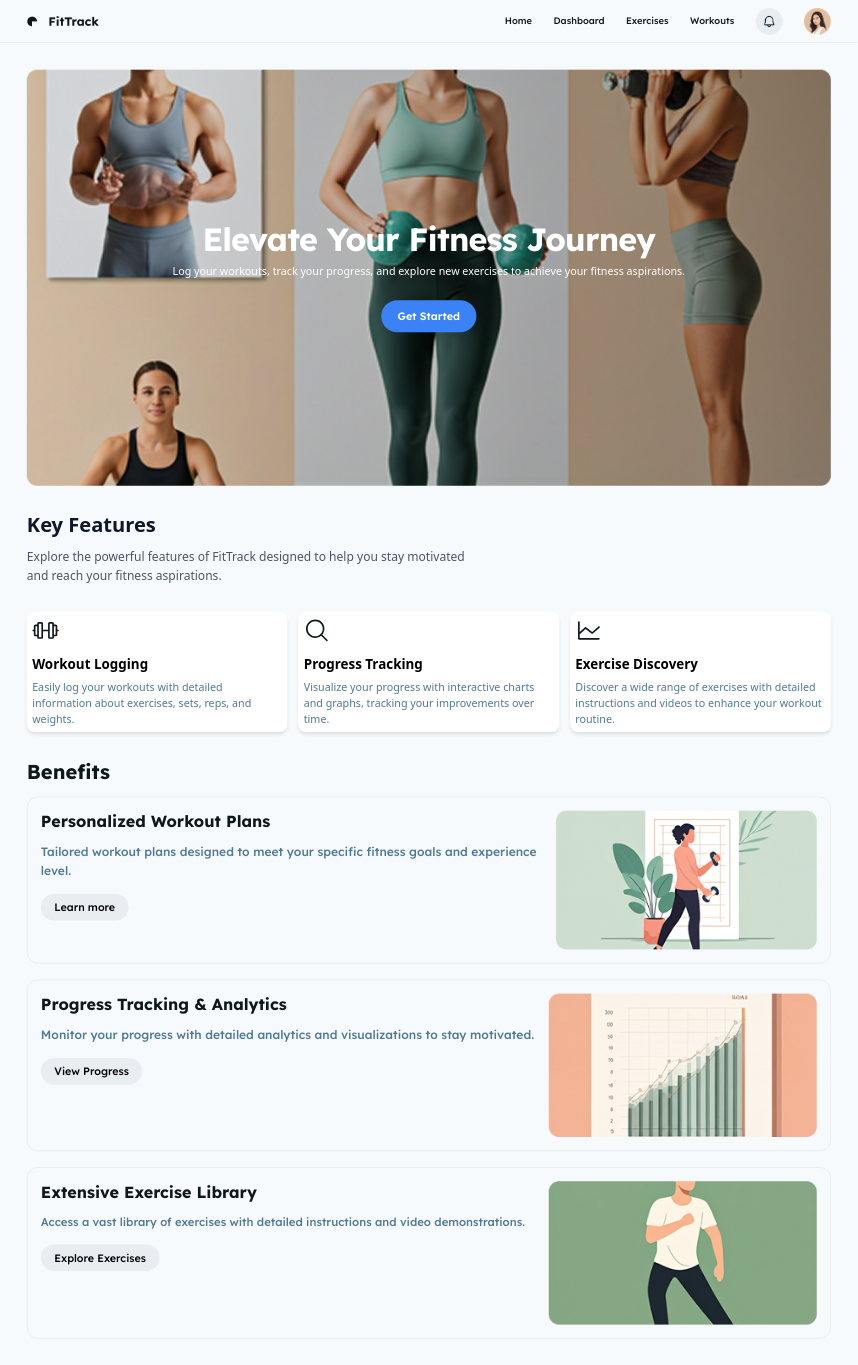
Repository: Emy-gold/fitness-tracking-platform
Page: /
An editor plug-in stored every save of this project. The page is shown before and after the next save, followed by the edit.
The browser window is 1280 px wide. The pictures show the whole page, at 67% of full size.
The project was rebuilt for these pictures with package versions that can differ from the ones it lists, and the page was loaded fresh each time. Also part of the build but not shown: vite.config.js, src/Pages/Dashboard.jsx, src/Pages/Exercises.jsx, src/Pages/Workouts.jsx, src/components/Footer.jsx.

Above is the page before, as saved 2025-08-28 00:47:53.

After the next save:
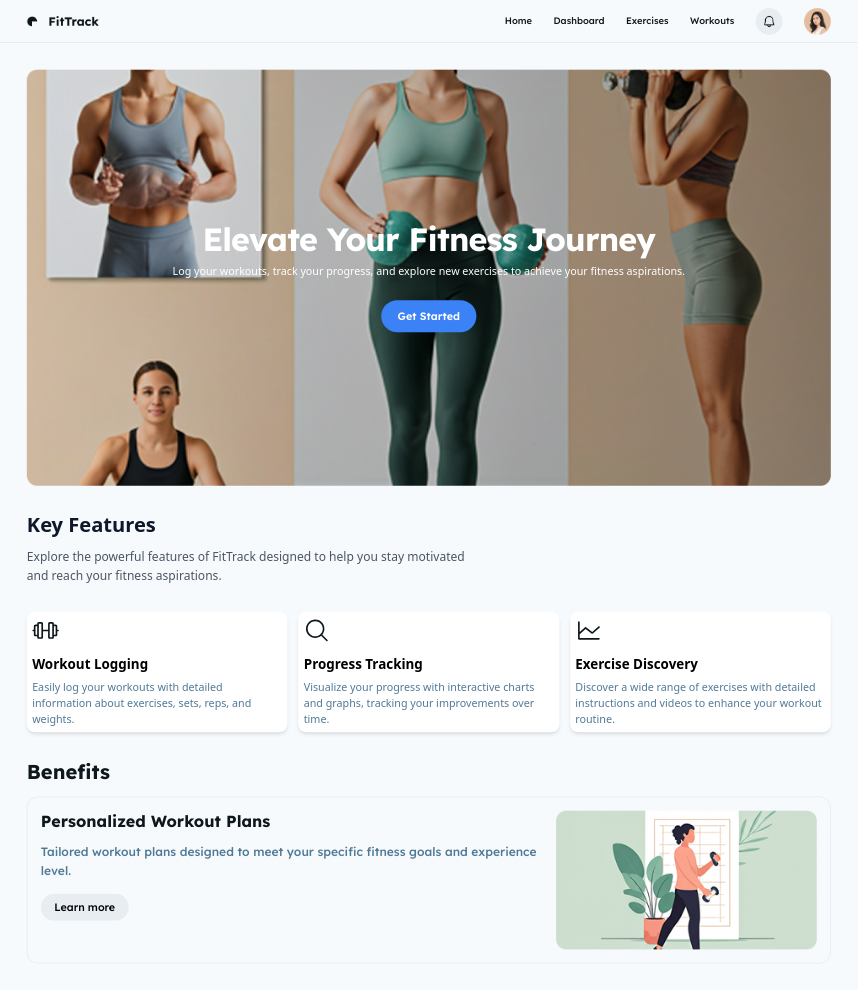
Saved 25 s later.
--- a/src/Pages/Home.jsx
+++ b/src/Pages/Home.jsx
@@ -81,22 +81,6 @@ function Home() {
                             </div>
                             <img src={img1} className='lg:w-[400px]' />
                         </div>
-                        <div className='flex justify-between p-5 border rounded-2xl lg:w-[1200px]'>
-                            <div className='flex flex-col items-start text-left'>
-                                <h3 className='text-2xl font-bold mb-4 text-textColor'>Progress Tracking & Analytics</h3>
-                                <p className='text-lg text-paragraphColor font-medium'>Monitor your progress with detailed analytics and visualizations to stay motivated.</p>
-                                <button className='bg-buttonColor px-5 py-2 rounded-3xl mt-5 font-medium hover:bg-gray-300 hover:scale-105 duration-300'>View Progress</button>
-                            </div>
-                            <img src={img2} className='lg:w-[400px]' />
-                        </div>
-                        <div className='flex justify-between p-5 border rounded-2xl lg:w-[1200px]'>
-                            <div className='flex flex-col items-start text-left'>
-                                <h3 className='text-2xl font-bold mb-4 text-textColor'>Extensive Exercise Library</h3>
-                                <p className='text-[17px] text-paragraphColor font-medium'>Access a vast library of exercises with detailed instructions and video demonstrations.</p>
-                                <button className='bg-buttonColor px-5 py-2 rounded-3xl mt-5 font-medium hover:bg-gray-300 hover:scale-105 duration-300'>Explore Exercises</button>
-                            </div>
-                            <img src={img3} className='lg:w-[400px]' />
-                        </div>
                     </div>
                 </section>
             </main >
